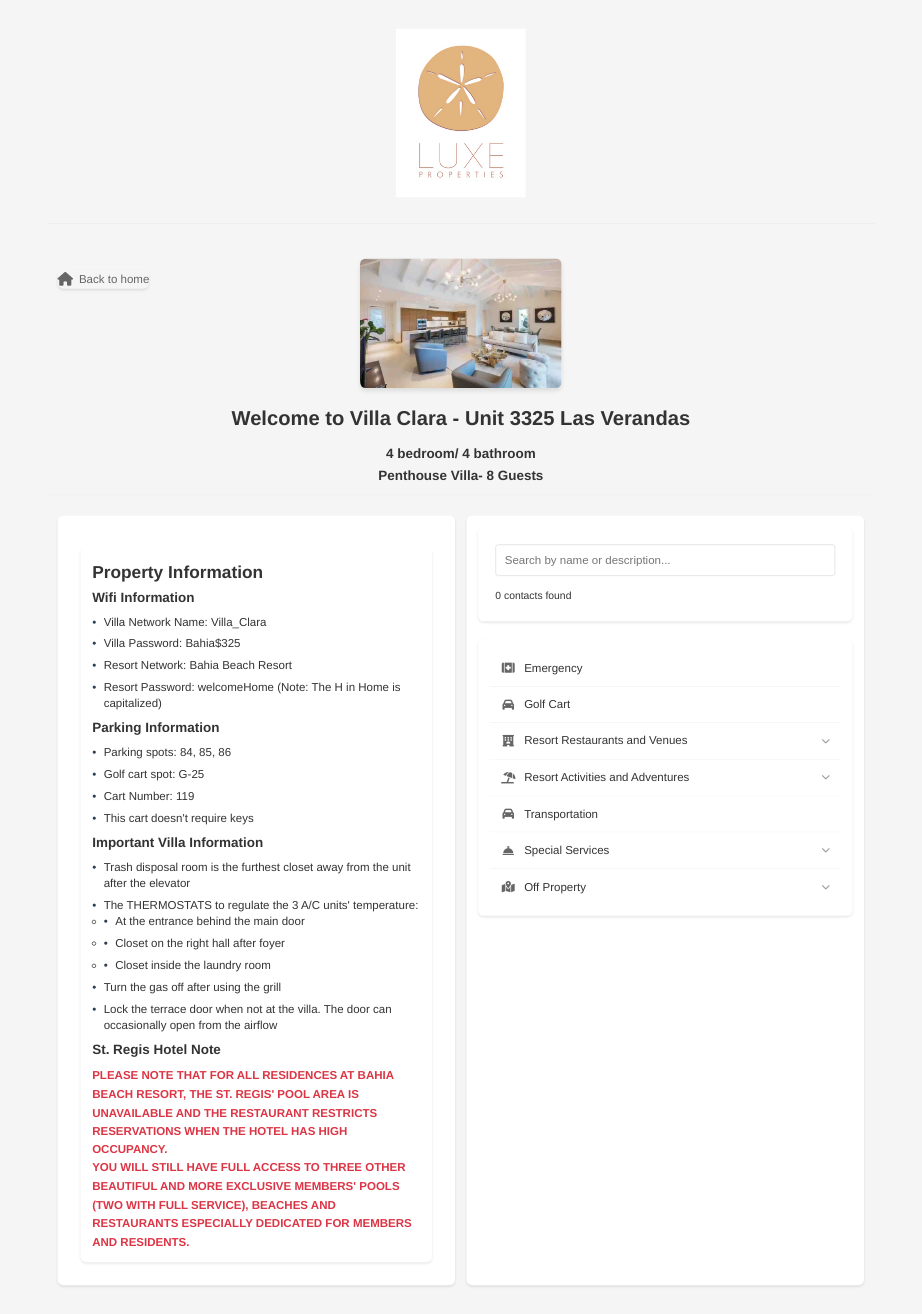
Repository: chvg1968/luxephonebook
Page: public/pages/villaclara.html
These files come from the project's save history. The page is drawn as it stood at one moment and after the next save; the edit follows.
The browser window is 1280 px wide. The pictures show the whole page, at 72% of full size.

Above is the page before, as saved 2025-01-23 22:29:43.

After the next save:
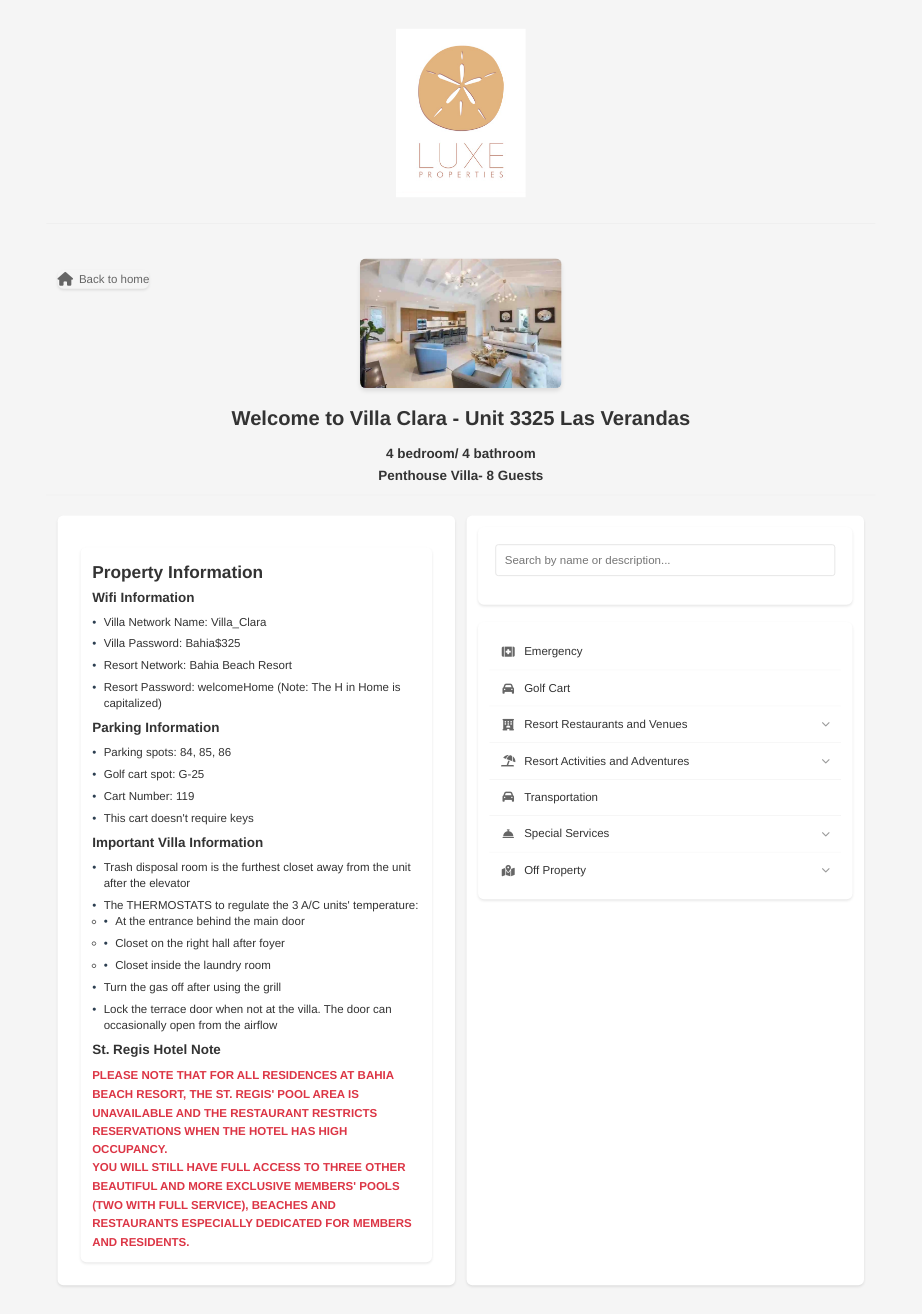
Console error: TypeError: this.updateResults is not a function
Saved 8 min 1 s later.
--- a/public/js/property.js
+++ b/public/js/property.js
@@ -18,7 +18,9 @@
 
     // Estado de la aplicación
     this.state = {
-      contacts: contacts, // Usar los contactos importados directamente
+      contacts: contacts,
+      filteredByCategory: [], // Lista filtrada por categoría
+      filteredBySearch: [], // Lista filtrada por búsqueda
       filters: {
         searchTerm: "",
         category: ""
@@ -38,7 +40,7 @@
     if (this.elements.searchInput) {
       this.searchBar = new SearchBar((searchTerm) => {
         this.state.filters.searchTerm = searchTerm;
-        this.updateResults();
+        this.updateSearchResults();
       });
     }
 
@@ -48,7 +50,7 @@
       this.categoryTree.onSelect((category) => {
         console.log("Category selected:", category);
         this.state.filters.category = category;
-        this.updateResults();
+        this.updateCategoryResults();
       });
       this.categoryTree.render();
     }
@@ -57,24 +59,59 @@
     new ScrollToTop();
   }
 
-  updateResults() {
-    const filteredContacts = filterContacts(this.state.contacts, {
-      searchTerm: this.state.filters.searchTerm,
+  updateSearchResults() {
+    // Filtrar por término de búsqueda en todos los contactos
+    this.state.filteredBySearch = this.state.contacts.filter(contact => {
+      if (!this.state.filters.searchTerm) return false;
+
+      const searchFields = [
+        contact.name,
+        contact.description,
+        contact.phone
+      ].filter(Boolean);
+
+      const term = this.state.filters.searchTerm.toLowerCase().trim();
+      return searchFields.some(field =>
+        field?.toString().toLowerCase().includes(term)
+      );
+    });
+
+    this.renderResults();
+  }
+
+  updateCategoryResults() {
+    // Filtrar por categoría
+    this.state.filteredByCategory = filterContacts(this.state.contacts, {
       category: this.state.filters.category
     });
 
+    this.renderResults();
+  }
+
+  renderResults() {
+    let resultsToShow = [];
+
+    // Si hay término de búsqueda, mostrar resultados de búsqueda
+    if (this.state.filters.searchTerm) {
+      resultsToShow = this.state.filteredBySearch;
+    }
+    // Si hay categoría seleccionada, mostrar resultados de categoría
+    else if (this.state.filters.category) {
+      resultsToShow = this.state.filteredByCategory;
+    }
+
     // Actualizar contador
     if (this.elements.resultsCount) {
-      const statsText = filteredContacts.length === 1
+      const statsText = resultsToShow.length === 1
         ? "1 contact found"
-        : `${filteredContacts.length} contacts found`;
+        : `${resultsToShow.length} contacts found`;
       this.elements.resultsCount.textContent = statsText;
     }
 
     // Mostrar resultados
     if (this.elements.resultsContainer) {
       this.elements.resultsContainer.innerHTML = "";
-      filteredContacts.forEach(contact => {
+      resultsToShow.forEach(contact => {
         const card = new Card(contact);
         this.elements.resultsContainer.appendChild(card.render());
       });
